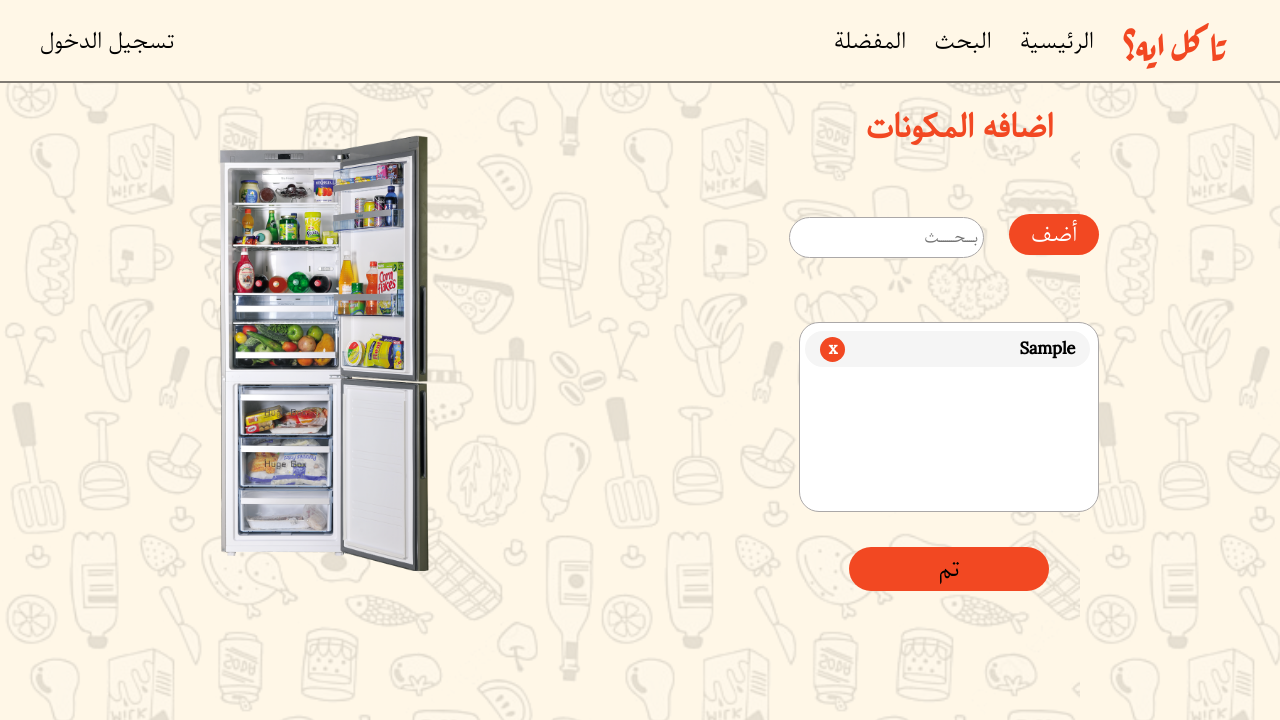
Repository: TarekZsc97/TakolEh1
Page: http://localhost/enter-data
An editor plug-in stored every save of this project. The page is shown before and after the next save, followed by the edit.
The browser window is 1280 px wide. The pictures show the whole page.
Empty fields were first filled with sample values (such as "Sample", 5 or name@example.com).
After loading, the first visible `button.add-btn` was clicked once.
The page is served by the project's application, run on Flask 3 (app.py).

Above is the page before, as saved 2023-12-20 00:41:53.

After the next save:
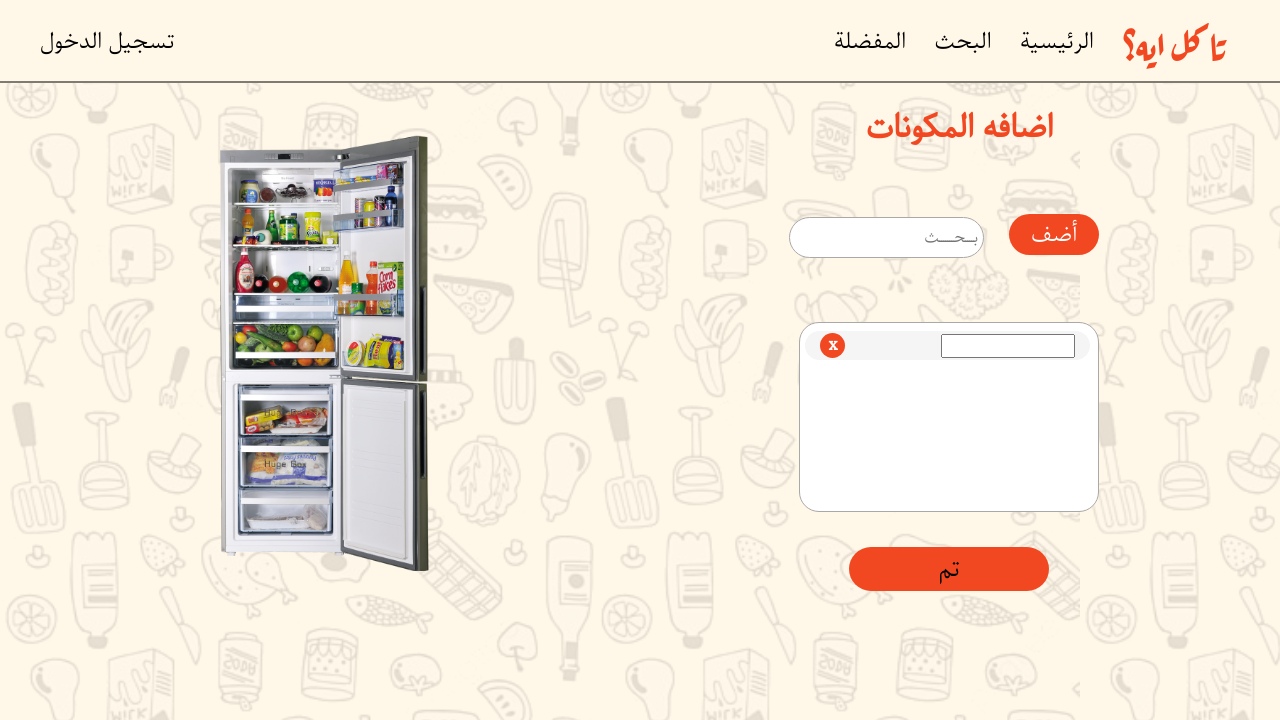
Saved 28 s later.
--- a/static/js/enter.js
+++ b/static/js/enter.js
@@ -4,7 +4,7 @@ let div = document.querySelector('.gradiants')
 
 btn.addEventListener('click',function(){
    if(searchCont.value !== ''){
-   let par = document.createElement('p')
+   let par = document.createElement('input')
    par.className = 'paragraph'
    par.append(document.createTextNode(searchCont.value))
    let cancel = document.createElement('span')
